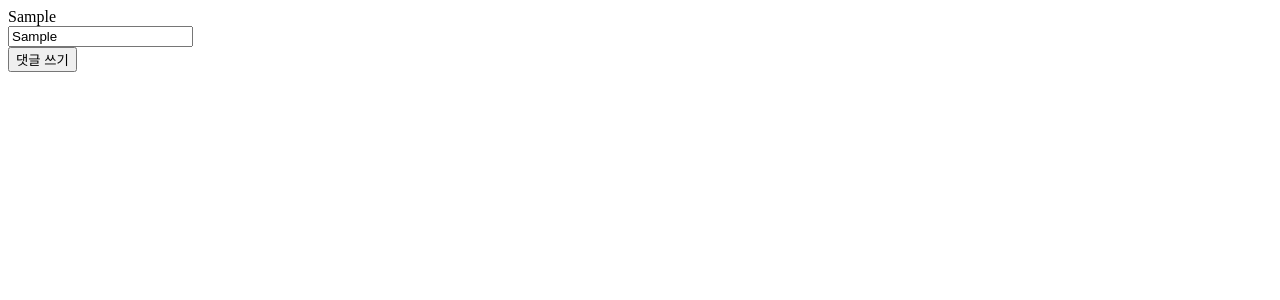
Repository: bk6717/jspwork
Page: http://localhost/blog/test/AjaxRequestTest.jsp
These files come from the project's save history. The page is drawn as it stood at one moment and after the next save; the edit follows.
The browser window is 1280 px wide. The pictures show the whole page.
Empty fields were first filled with sample values (such as "Sample", 5 or name@example.com).
After loading, the first visible `button` was clicked once.
The page is served by Tomcat 9.

Above is the page before, as saved 2020-06-02 05:16:55.

After the next save:
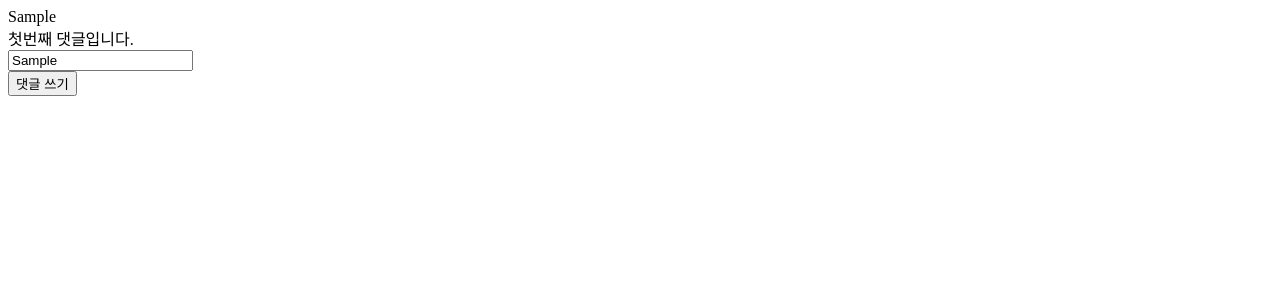
Saved 53 s later.
--- a/blog2/src/com/cos/blog/WebContent/test/AjaxRequestTest.jsp
+++ b/blog2/src/com/cos/blog/WebContent/test/AjaxRequestTest.jsp
@@ -20,7 +20,7 @@
 <script>
 function start(){
 	var a = $('#tf-reply').val();
-	$('#reply-1').html("<div id = 'reply-2'>"+a+"</div>");
+	$('#reply-1').prepend("<div id = 'reply-2'>"+a+"</div>");
 }
 </script>
 
